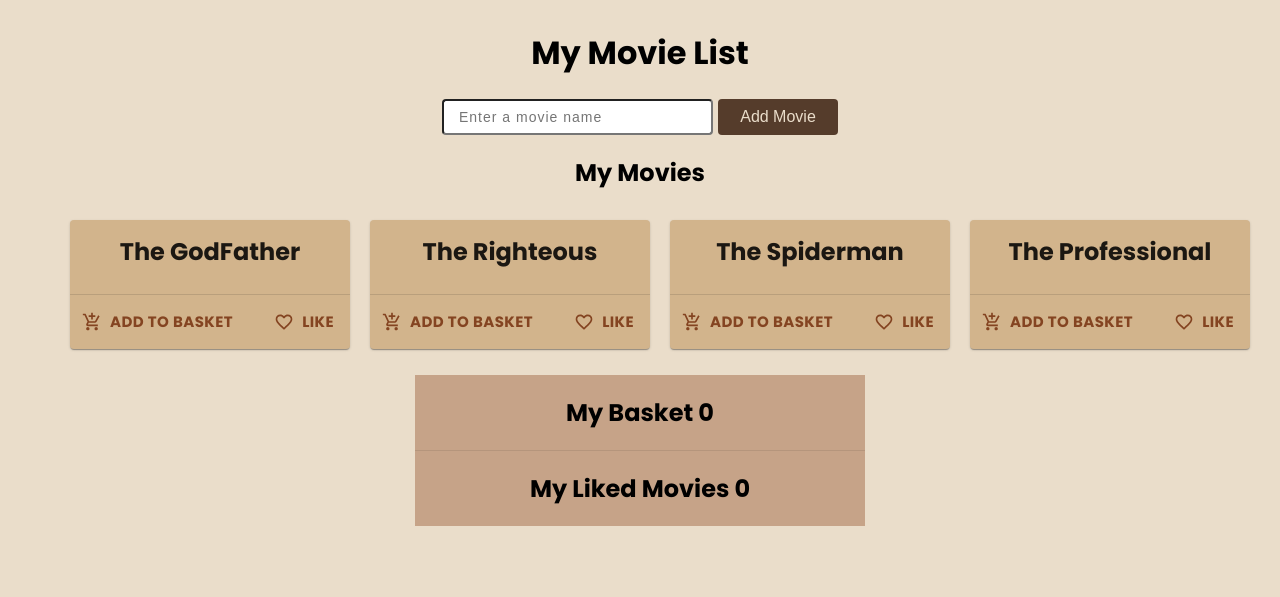
Repository: sinchana-p-iVoyant/redux-movie-store
Page: /
An editor plug-in stored every save of this project. The page is shown before and after a run of saves, followed by the edit.
The browser window is 1280 px wide. The pictures show the whole page.
The project was rebuilt for these pictures with package versions that can differ from the ones it lists, and the page was loaded fresh each time. Also part of the build but not shown: vite.config.ts.

Above is the page before, as saved 2024-02-15 13:19:30.

### index.html
<!doctype html>
<html lang="en">
  <head>
    <meta charset="UTF-8" />
    <link rel="icon" type="image/svg+xml" href="/vite.svg" />
    <meta name="viewport" content="width=device-width, initial-scale=1.0" />
    <title>Redux Movie Store</title>
  </head>
  <body>
    <div id="root"></div>
    <script type="module" src="/src/main.tsx"></script>
  </body>
</html>

### src/main.tsx
import React from 'react'
import ReactDOM from 'react-dom/client'
import App from './App.tsx'
// import './index.css'
import store from './store/index';
import { Provider } from 'react-redux'


ReactDOM.createRoot(document.getElementById('root')!).render(
  <React.StrictMode>
    <Provider store={store}>
      <App />
    </Provider>
  </React.StrictMode>,
)

### src/App.tsx
import { useState } from "react";
// import './App.css'
import { useSelector, useDispatch } from "react-redux";
import {Movie} from './store/index'
import {Card, CardComponent, CardActions, Button, Typography, CardContent} from '@mui/material'
import { Favorite, FavoriteBorder, AddShoppingCart, RemoveShoppingCart } from "@mui/icons-material";
import './App.css'

const App = () => {
  const [movieTitle, setMovieTitle] = useState("");

  // 🔥 a. To Trigger from UI.
  const dispatch = useDispatch();

  // 🔥 b. To update the UI, based on state updates in the store.

  // movies state (array)
  // const movies = useSelector(state => state.movies)
  // ------> return value: state.movies

  // Note:
  // The function passed to `useSelector` selects a slice of the state that we are interested in.
  // The function parameter specifies the `structure` of the Redux state object.
  // It's `type` annotated in TypeScript to ensure the type safety.
  // specifying the structure of the Redux state object using TypeScript type annotations enhances code quality, readability, and maintainability while providing additional safety checks and tooling support during development.

  const movies = useSelector(
    (state : {
      movies: { title: string; liked: boolean; inBasket: boolean }[];
    }) => state.movies
  );

  // const basket = useSelector((state) => state.basket);
  const basket = useSelector((state: { basket: string[] }) => state.basket);

  // const likedMovies = useSelector((state) => state.likedMovies);
  const likedMovies = useSelector((state: { likedMovies: string[] }) => state.likedMovies);


  // 4. Action Creator
  const handleAddMovie = () => {
    const newMovie = {
      title: movieTitle,
      inBasket: false,
      liked: false
    }
    dispatch({ type: "ADD_MOVIE", payload: newMovie });
    setMovieTitle(""); // Reset back to Empty String
  };

  const handleAddToBasket = (movie: string) => {
    dispatch({ type: "ADD_TO_BASKET", payload: movie });
  };
  const handleAddToLikedMovies = (movie: string) => {
    dispatch({ type: "ADD_TO_LIKED_MOVIE", payload: movie });
  };

  return (
    <div className="container">
      <div>
        <h1>My Movie List</h1>
      </div>
      <div className="add-movie">
        <input
          type="text"
          placeholder="Enter a movie name"
          value={movieTitle}
          onChange={(e) => setMovieTitle(e.target.value)}
        />
        <button className="input-btn" onClick={handleAddMovie}>Add Movie</button>
      </div>
      <div>
        <h2>My Movies</h2>
        <ul className="movie-list">
          {movies.map((movie: Movie, index) => (
            <Card key={index} className="movie-card" style={{backgroundColor: "#D2B48C"}}>
              <CardContent>
                <Typography variant="h5" component='h2' style={{ fontWeight: 'bold', fontFamily: 'Poppins, sans-serif' }}>
                  {movie.title}
                </Typography>
              </CardContent>

              <CardActions className="card-actions">
                <Button
                  style={{ color: '#844421', fontSize: '15px', fontWeight: 'bold', fontFamily: 'Poppins, sans-serif' }}
                  startIcon={movie.inBasket ? <RemoveShoppingCart /> : <AddShoppingCart />}
                  onClick={() => handleAddToBasket(movie.title)}>
                  {movie.inBasket ? "Remove From Basket" : "Add To Basket"}
                </Button>
                <Button
                  style={{ color: '#844421', fontSize: '15px', fontWeight: 'bold', fontFamily: 'Poppins, sans-serif' }}
                  startIcon={movie.liked ? <Favorite /> : <FavoriteBorder />}
                  onClick={() => handleAddToLikedMovies(movie.title)}>
                  {movie.liked ? "Dislike" : "Like"}
                </Button>
              </CardActions>

            </Card>
          ))}
        </ul>
      </div>
      <div className="basket-container">
        <h2>My Basket {basket.length}</h2>
        <ul className="basket-container-list">
          {basket.map((basket, index) => (
            <li key={index}>{basket}</li>
          ))}
        </ul>
      </div>
      <div className="liked-container">
        <h2>My Liked Movies {likedMovies.length}</h2>
        <ul className="liked-container-list">
          {likedMovies.map((likedMovie, index) => (
            <li key={index}>{likedMovie}</li>
          ))}
        </ul>
      </div>
    </div>
  );
};

export default App;

// 1. Save the new movie in the local state.
// 2. Add the new movie in local state to the Store.
// 3. Fetch the movies array, from the store

// 3. a. To display in - My Basket & My Liked Movies

### src/store/index.tsx
import { createStore } from "redux";

export type Movie = {
    title: string,
    inBasket: boolean,
    liked: boolean
}

export type State = {
    movies: Movie[],
    basket: string[],
    likedMovies: string[]
}

type Action =
  | { type: "ADD_MOVIE"; payload: Movie } |
    { type: 'ADD_TO_BASKET', payload: string } |
    { type: "ADD_TO_LIKED_MOVIE", payload: string };

// InitialState
const initialState: State = {
    movies: [
      {title: 'The GodFather', inBasket: false, liked: false},
      {title: 'The Righteous', inBasket: false, liked: false},
      {title: 'The Spiderman', inBasket: false, liked: false},
      {title: 'The Professional', inBasket: false, liked: false},
    ],
    basket: [],
    likedMovies: []
}

// Reducers - Make Immutable Updates
const reducer = (state: State = initialState, action: Action): State => {
  switch (action.type) {
    case 'ADD_MOVIE':
      return {
        ...state,
        movies: [...state.movies, action.payload]
      }
    case 'ADD_TO_BASKET':
      return {
        ...state,
          movies: state.movies.map(movie => movie.title === action.payload ? {...movie, inBasket: !movie.inBasket } : movie),
        basket: state.basket.includes(action.payload) ? state.basket.filter(movie => movie !== action.payload) : [...state.basket, action.payload]
      }
    case 'ADD_TO_LIKED_MOVIE':
      return {
        ...state,
        movies: state.movies.map(movie => movie.title === action.payload ? {...movie, liked: !movie.liked} : movie) ,
        likedMovies: state.likedMovies.includes(action.payload) ? state.likedMovies.filter(movie => movie !== action.payload) :  [...state.likedMovies, action.payload]
      }
    default:
      return state
  }
}

// Store
const store = createStore(reducer)
export default store

// 1. State
// 2. Reducer
// 3. Store

### src/App.css
@import url('https://fonts.googleapis.com/css2?family=Poppins:ital,wght@0,100;0,200;0,300;0,400;0,500;0,600;0,700;0,800;0,900;1,100;1,200;1,300;1,400;1,500;1,600;1,700;1,800;1,900&display=swap');

body {
  background-color: #EADDCA;
  font-family: "Poppins", sans-serif;
}

h1, h2{
  text-align: center;
}

.container {
  display: flex;
  flex-direction: column;
  align-items: center;
  justify-content: center;
}

.movie-list {
  display: flex;
  flex-wrap: wrap;
  justify-content: center;
}

.movie-card {
  width: 280px;
  margin: 10px;
}

.card-content {
  padding: 16px;
  font-family: "Poppins", sans-serif;
}

.card-actions {
  margin-top: 10px;
  border-top: 1px solid rgba(0, 0, 0, 0.119);
  display: flex;
  justify-content: space-between;
}

/* .btn {
  color: black;
  font-size: 15px;
  font-weight: bold;
} */
.buttonHover:hover {
  background-color: #e0e0e0;
}

/* --- */

input {
  height: 30px;
  width: 250px;
  padding-left: 15px;
  font-size: 14px;
  letter-spacing: 1px;
  border-radius: 4px;
}

.input-btn{
  height: 36px;
  width: 120px;
  font-size: 16px;
  background-color: #553c2b;
  border: none;
  color: #EADDCA;
  margin-left: 5px;
  border-radius: 4px;

}

.input-btn:hover{
  background-color: #ad9a82;
  color: #261509 ;

}

/* ------------------- */

.basket-container, .liked-container {
  background-color: #81320756;
  width: 450px;
  /* text-align: center; */
}

.basket-container {
  border-bottom: 1px solid rgba(0, 0, 0, 0.085);
}

.basket-container-list, .liked-container-list {
  /* text-align: left; */
  background-color: pink;
  display: flex;
  flex-direction: column;
  justify-content: center;
  align-items: left;

  margin: 0 auto;
}





/* #root {
  max-width: 1280px;
  margin: 0 auto;
  padding: 2rem;
  text-align: center;
} */

/*
.logo {
  height: 6em;
  padding: 1.5em;
  will-change: filter;
  transition: filter 300ms;
}
.logo:hover {
  filter: drop-shadow(0 0 2em #646cffaa);
}
.logo.react:hover {
  filter: drop-shadow(0 0 2em #61dafbaa);
}

@keyframes logo-spin {
  from {
    transform: rotate(0deg);
  }
  to {
    transform: rotate(360deg);
  }
}

@media (prefers-reduced-motion: no-preference) {
  a:nth-of-type(2) .logo {
    animation: logo-spin infinite 20s linear;
  }
}

.card {
  padding: 2em;
}

.read-the-docs {
  color: #888;
} */

/* ------------------------- */

After the next 3 saves:
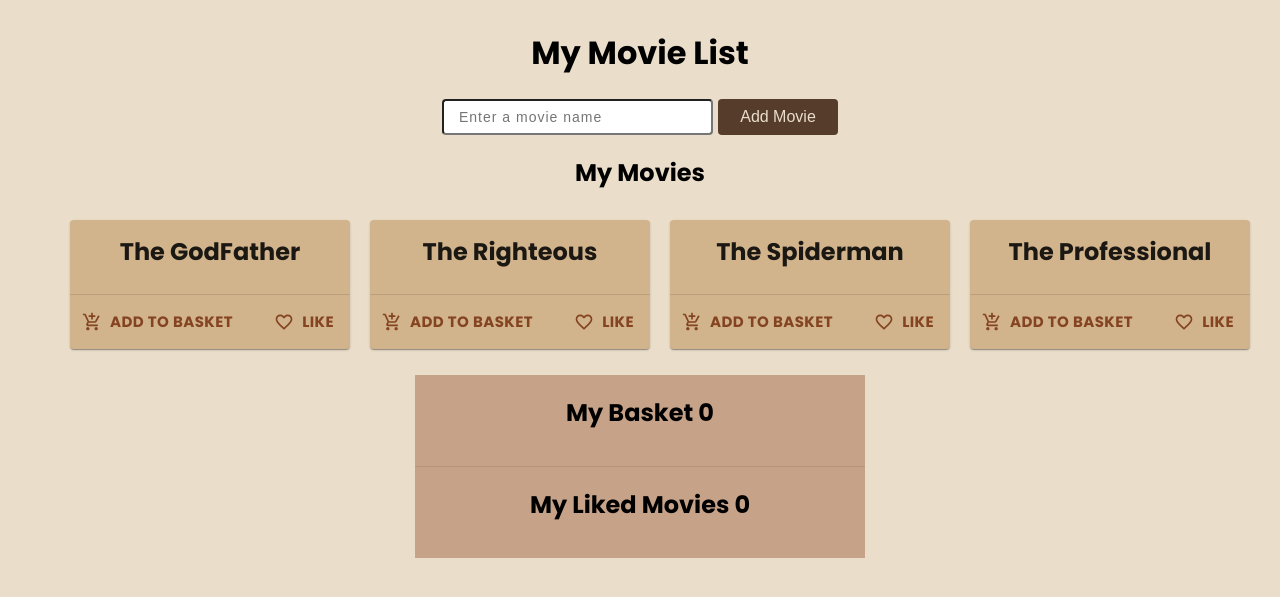
The 3 saves are shown as one change because they came seconds apart.
The last was saved 11 s later.
--- a/src/App.css
+++ b/src/App.css
@@ -97,7 +97,7 @@ input {
   justify-content: center;
   align-items: left;
 
-  margin: 0 auto;
+  margin-left: 80px;
 }
 
 
